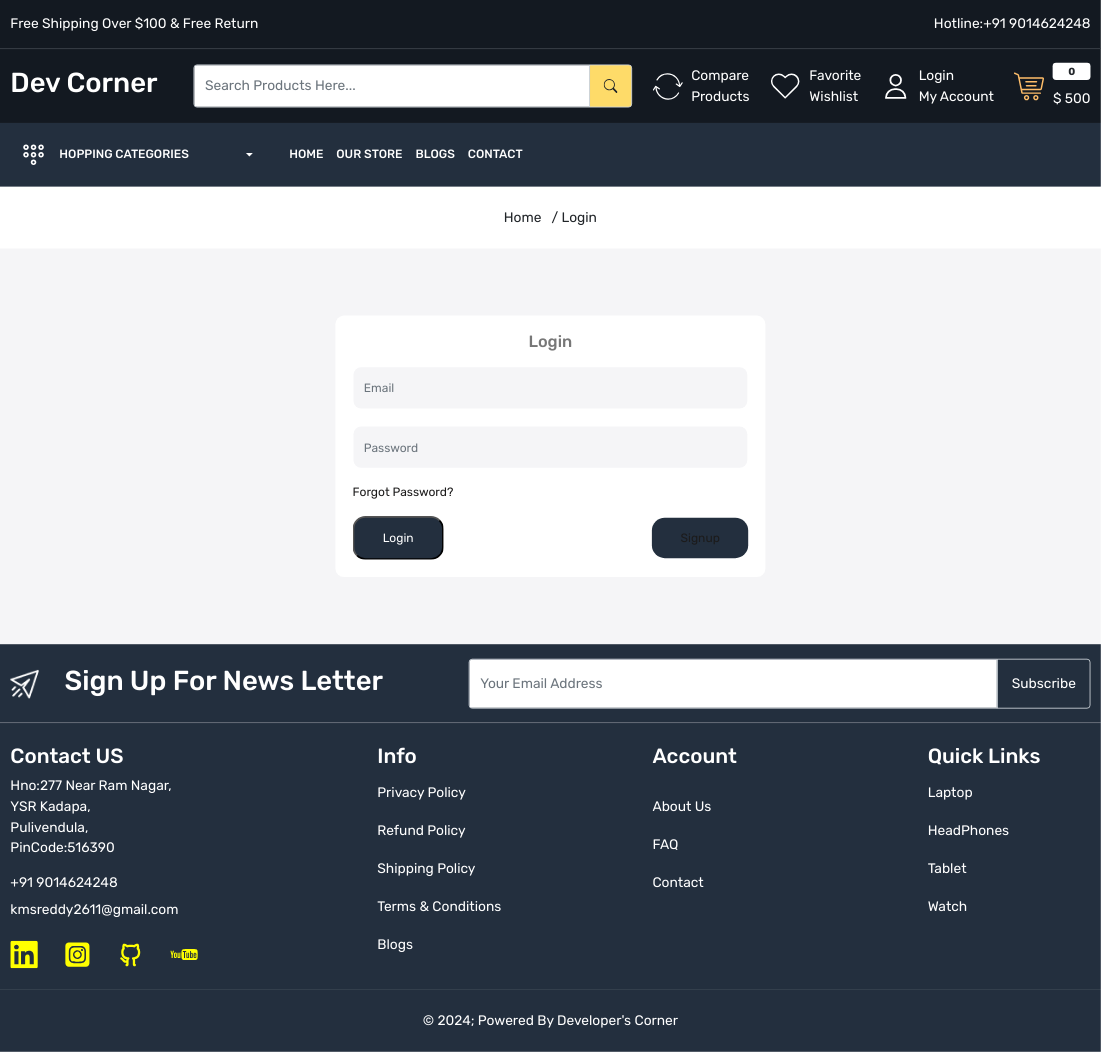
Repository: maniheist/ecommerce-app
Page: /login
These files come from the project's save history. The page is drawn as it stood at one moment and after the next save; the edit follows.
The browser window is 1280 px wide. The page is 1292 px wide, so the pictures cover 1292 px, including what lies to the right of the window. The pictures show the whole page, at 86% of full size.
The project was rebuilt for these pictures with package versions that can differ from the ones it lists, and the page was loaded fresh each time. Also part of the build but not shown: src/components/BlogCard.js, src/components/ProductCard.js, src/components/SpecialProduct.js, src/pages/Home.js, src/pages/About.js, src/pages/Contact.js, src/components/Color.js, src/pages/OurStore.js and 3 more.

Above is the page before, as saved 2024-02-20 15:25:44.

### public/index.html
<!DOCTYPE html>
<html lang="en">
  <head>
    <meta charset="utf-8" />
    <link rel="icon" href="%PUBLIC_URL%/favicon.ico" />
    <meta name="viewport" content="width=device-width, initial-scale=1" />
    <meta name="theme-color" content="#000000" />
    <meta
      name="description"
      content="Web site created using create-react-app"
    />
    <link rel="apple-touch-icon" href="%PUBLIC_URL%/logo192.png" />

    <link rel="preconnect" href="https://fonts.googleapis.com" />
    <link rel="preconnect" href="https://fonts.gstatic.com" crossorigin />
    <link
      href="https://fonts.googleapis.com/css2?family=Rubik:ital,wght@0,300..900;1,300..900&display=swap"
      rel="stylesheet"
    />
    <link
      href="https://cdn.jsdelivr.net/npm/bootstrap@5.0.2/dist/css/bootstrap.min.css"
      rel="stylesheet"
      integrity="sha384-EVSTQN3/azprG1Anm3QDgpJLIm9Nao0Yz1ztcQTwFspd3yD65VohhpuuCOmLASjC"
      crossorigin="anonymous"
    />
    <link rel="manifest" href="%PUBLIC_URL%/manifest.json" />

    <title>React Redux App</title>
  </head>
  <body>
    <noscript>You need to enable JavaScript to run this app.</noscript>
    <div id="root"></div>
    <script
      src="https://cdn.jsdelivr.net/npm/bootstrap@5.0.2/dist/js/bootstrap.bundle.min.js"
      integrity="sha384-MrcW6ZMFYlzcLA8Nl+NtUVF0sA7MsXsP1UyJoMp4YLEuNSfAP+JcXn/tWtIaxVXM"
      crossorigin="anonymous"
    ></script>
  </body>
</html>

### src/index.js
import React from 'react';
import { createRoot } from 'react-dom/client';

import App from './App';

const container = document.getElementById('root');
const root = createRoot(container);

root.render(

      <App />

);

### src/App.js
import React from 'react';
import './App.css';
import {BrowserRouter,Routes,Route} from "react-router-dom";
import Layout from "./components/Layout";
import Home from "./pages/Home"
import About from "./pages/About"
import Contact from "./pages/Contact"
import OurStore from './pages/OurStore';
import Blog from "./pages/Blog";
import CompareProduct from './pages/CompareProduct';
import Wishlist from './pages/Wishlist';
import Login from './pages/Login';
function App() {
  return (
    <>
      <BrowserRouter>
        <Routes>
        <Route path="/" element={<Layout />}>
<Route index element={<Home />} />
<Route path="about" element={<About />}/>
<Route path="contact" element={<Contact />}/>
<Route path="store" element={<OurStore />}/>
<Route path="blogs" element={<Blog />}/>
<Route path="compare-product" element={<CompareProduct />}/>
<Route path="wishlist" element={<Wishlist />}/>
<Route path="login" element={<Login />}/>


        </Route>

        </Routes>
      </BrowserRouter>
    </>

  );
}

export default App;

### src/App.css
*{
  margin:0;
  padding:0;
  box-sizing:border-box;
}
:root{
  --color-131921:#131921;
  --color-3b4149:#3b4149;
--color-febd69:#fedb69;
--color-232f3e:#232f3e;
--color-bf4800:#bf4800;
--color-f5f5f7:#f5f5f7;
--color-ededed:#ededed;
--color-777777:#777777;
--color-1c1b1b:#1c1b1b;
--color-f2f2f2:#f2f2f2;
}

.section-heading{
  font-size: 26px;
  line-height: 32px;
  font-weight: 500;
  margin-bottom: 30px;

}
.card-wrapper{
  background-color: white;
  box-shadow: 0 0 10px #0000001a;
  padding: 15px;
}

.button{
  background-color:var(--color-232f3e) ;
  color: white;
  padding: 13px 33px;
  font-size: 14px;
  border-radius: 15px;
}
.button:hover{
  background-color: var(--color-febd69);
  color:#131921
}
body {
  font-family:"Rubik", sans-serif;
}
a {
  text-decoration:none;
  display:inline-block;
}

.form-control:focus{
  box-shadow:none;
  border-color: inherit;
}

/*header part*/
.header-top-strip{
  border-bottom: 1px solid var(--color-3b4149);
  background-color:var(--color-131921) ;
}

.header-upper{
  background-color: var(--color-131921);
}

.header-bottom{
  background-color: var(--color-232f3e);
}

.header-upper .input-group-text{
  background-color: var(--color-febd69);
}

.header-upper.header-upper-links img{
  width:35px;
  height: 35px;
}

.gap-10{
  gap: 10px;
}


.gap-15{
  gap: 15px;
}

.gap-30{
  gap: 30px;
}
.header-bottom .menu-links a,
.header-bottom .dropdown button
{
  color: white;
  font-size: 14px;
  line-height: 18px;
  font-weight: 480;
  letter-spacing:0.3;
  text-transform: uppercase;
}

.header-bottom .dropdown button:focus{
  box-shadow: none;
}

.header-bottom .dropdown-menu{
  background-color: var(--color-131921);
  width:100%;
  transform: translate3d(0px,57px,0px) !important;
}

.header-bottom .dropdown-item{
  padding:20px;
  margin-bottom: 3px;
  border-bottom: 1px solid var(--color-3b4149)
  ;

}
.header-bottom .dropdown-item:hover{
  background-color: transparent;
  color: var(--color-febd69) !important;
}
/*header part end */


/*footer part  */

footer{
  background-color: var(--color-232f3e);
}



footer:not(:first-child){
  border-top:1px solid rgba(255,255,255,0.1);

}

footer .input-group-text{
  background-color: var(--color-232f3e);
  color:white;
  padding:8px 17px;
}
/* footer part end */

/*Home page*/

.main-banner-content{
  top:15%;
  left:5%;
}

.main-banner-content h4{

  font-size: 19px;
  font-weight: 400;
  line-height: 24px;
  color:var(--color-bf4800);
  margin: 0 0 12px;
  letter-spacing: 0.3px;
  text-transform: uppercase;

}

.main-banner-content h5{
  font-size: 52px;
  font-weight: 500;
  line-height: 64px;
  letter-spacing: -2px;
  text-transform: none;

}

.main-banner-content p{
  font-size: 18px;
  line-height: 28px;
  letter-spacing: 0.4px;
  font-weight: 100;
  color: var(--color-131921);
}


.small-banner-content{
  top:25%;
  left:10%;
}

.small-banner-content h4{

  font-size: 21px;
  font-weight: 400;
  line-height: 24px;
  color:var(--color-bf4800);
  margin: 0 0 12px;
  letter-spacing: 0.3px;
  text-transform: uppercase;
}
.small-banner-content h5{
  font-size: 33px;
  font-weight: 500;
  line-height: 34px;
  letter-spacing: -2px;
  text-transform: none;

}

.small-banner-content p{
  font-size: 18px;
  line-height: 28px;
  letter-spacing: 0.4px;
  font-weight: 100;
  color: var(--color-131921);
}

.small-banner{
  width: 49%;

}


/* Home wrapper 2 */

.home-wrapper-2{
  background-color: var(--color-f5f5f7);

}

/* Home wrapper 2 ends */

/* categories section */

.categories{
  background-color: white;
  box-shadow: 0 0 10px #0000001a;
  padding: 15px;
}

.categories > div{
  width:25%;
  padding: 10px 10px 10px 20px;
}

.categories > div:nth-child(1),
.categories > div:nth-child(2),
.categories > div:nth-child(3),
.categories > div:nth-child(4){
  border-bottom: 1px solid var(--color-ededed) ;
}

.categories>div>div{
  width:60%
}

.categories > div:nth-child(1),
.categories > div:nth-child(2),
.categories > div:nth-child(3){
  border-right: 1px solid var(--color-ededed) ;
}

.categories > div:nth-child(5),
.categories > div:nth-child(6),
.categories > div:nth-child(7){
  border-right: 1px solid var(--color-ededed) ;
}
/* categories end */

/* Home Page End */


/* Blogcard */

.blog-card{
  background-color: white;
  padding:20px;
  border-radius:10px;
}

.blog-card img{
  border-top-left-radius:10px;
  border-top-right-radius:10px;
}

.blog-content{
  padding: 15px;

}

.blog-contentp.date{
  font-size: 13px;
  line-height: 24px;
  text-transform: uppercase;
  letter-spacing: 0;
  font-weight: 400;
  color: var(--color-777777);
  padding: 0;

}

.blog-content h5{
  font-size: 18px;
  color: var(--color-131921);
}


.blog-content p.desc{
  font-size: 13px;
  line-height: 22px;
  color: var(--color-777777);
}
/*Blogcard ends*/


/* product card */

.product-card{
  padding: 15px;
  background-color: white;
  border-radius: 13px;
overflow:hidden;
width: 100%;
}

.product-card .product-image{
  height: 270px;
}

.product-card .product-image img{
  object-fit: contain;
}
.product-card .product-image> img:last-child{
  display: none;
}
.product-card:hover .product-image > img:nth-child(1){
display: none;

}
.product-card:hover .product-image>img:last-child{
  display: block;


}



.product-card:hover .action-bar{
  right: 15px;

}
.product-card .product-details h6 {
  color:var(--color-bf4800);
  font-size: 13px;



}


.product-card .product-details h5{
  font-size: 15px;
  color: var(--color-1c1b1b);
}

.product-card.product-details p.price{
  font-size: 16px;
  color: var(--color-1c1b1b);
}

.product-card p.description{
  font-size: 13px;
  color: var(--color-777777);
  margin-right: 20px;
}

.action-bar{
  top: 10%;
  right:-23px;
  transition: 0.3s;
}


.wishlist-icon{
  top: 2%;
  right:15px;

}
/* product card ends */

/* special product */

.special-product-card{
  padding:20px 10px;
  border-radius: 10px;
  background-color: white;
}

.special-product-card .badge{
  background-color:#eb353b !important;
}


/* special product ends */

/* famous start */

.famous-card .famous-content{
  top: 10%;
  left: 5%;

}

.famous-card img{
  border-radius: 10px;
}

.famous-content h5{
  font-size: 13px;
  line-height: 20px;
  font-weight: 400px;
  color: white;
  margin-bottom: 7px;
  text-transform: uppercase;

}
.famous-content h6{
  font-size: 24px;
  line-height: 38px;
  font-weight: 500;
  color: white;
}
.famous-content p{
  font-size: 16px;
  line-height: 24px;
  color: white;
  font-weight: 100;
}

/* famous ends */

/* Our Store Start */

.filter-card{
  background-color: white;
  border-radius: 10px;
  padding: 15px 15px 25px;
}

.filter-title{
  font-size: 16px;
  line-height: 20px;
  font-weight: 600;
  color: var(--color-1c1b1b);
  margin-bottom: 20px;
}

.filter-card ul,
.filter-card .form-check-label {
  list-style-type:none;
  font-size: 13px;
  line-height: 30px;
  color: var(--color-777777);
  cursor: pointer;
}

.filter-card .form-check-input:focus{
  box-shadow: none;
  border-color: rgba(0,0,0,0.25);
}
.filter-card .form-check-input:checked{
background-color: var(--color-febd69);
  border-color: var(--color-febd69);

}
.sub-title{
  font-size: 40px;
  font-weight: 600;
  color: var(--color-1c1b1b);
  margin-bottom: 15px;
  margin-top: 20px;
}

.colors{
  list-style-type: none;
  display: flex;
  flex-wrap: wrap;
  gap: 10px;
}
.colors .one{
  width: 20px;
  height: 20px;
  background-color: red;
  border-radius: 50%;
}
.colors .two{
  width: 20px;
  height: 20px;
  background-color: blue;
  border-radius: 50%;
}
.colors  .three{
  width: 20px;
  height: 20px;
  background-color: yellow;
  border-radius: 50%;
}
.colors  .four{
  width: 20px;
  height: 20px;
  background-color: pink;
  border-radius: 50%;
}
.colors  .five{
  width: 20px;
  height: 20px;
  background-color: black;
  border-radius: 50%;
}
.colors  .six{
  width: 20px;
  height: 20px;
  background-color: brown;
  border-radius: 50%;
}

.colors  .seven{
  width: 20px;
  height: 20px;
  background-color:chocolate;
  border-radius: 50%;
}

.random-products h5{
font-size: 14px;
margin-bottom: 8px;
}

.random-products:first-child{
  border-bottom: 1px solid var(--color-ededed);
}

.filter-sort-grid{
  padding: 10px;
  background-color: white;
  border-radius: 10px;
}

.grid img{
  width: 35px;
  height: 35px;
  background-color: var(--color-f2f2f2);
  padding: 8px;
  border-radius: 3px;
  cursor: pointer;
}
.grid img:hover{
  background-color:burlywood;
}

.g-12{
  width: 100%;

}
.gr-6{
  width: 49%;
}
.gr-4{
  width: 32%;
}
.gr-3{
  width: 24%;

}

.gr-12 .product-card{
  display: flex;
  gap:20px;
}
.gr-6 .product-image{
  width: 100%;
}
.gr-6 .product-image img{
  margin: auto;
  display: block;
}
.gr-12 .product-card .product-image{
  width: 270px;
}

.gr-12 .product-card .product-image{
  height: auto;
}
.gr-12 .action-bar{top: 17%;}


/* Our store ends */


/* contact us starts*/

.contact-inner-wrapper{
  padding:30px 20px;
  border-radius: 15px;
  background-color: white;
  gap:15px;
}
.contact-inner-wrapper>div{
  width: 48%;
}

.contact-title{
  font-size: 26px;
  font-weight: 500;
  line-height: 35px;
  text-align: left;

}

.contact-inner-wrapper form .form-control{
  background-color: var(--color-f5f5f7);
  border-radius: 10px;
  border-color: transparent;
  padding: 10px;
}

.contact-inner-wrapper ul{
  list-style: none;
}

.contact-inner-wrapper address,.contact-inner-wrapper a,.contact-inner-wrapper p{
  color: var(--color-777777);
}

/* contact us ends */

/* compare products */

.compare-product-card {
  padding: 20px 15px;
  background-color: white;
  border-radius: 10px;

}

.compare-product-card .cross ,.wishlist-card .cross{
  top: 15px;
  right: 15px;
  width: 25px;
  padding: 3px;
cursor: pointer;
}

.compare-product-details h5.title, .wishlist-card h5.title{
  font-size: 15px;
  line-height: 22px;
  font-weight: 500;
  color: var(--color-1c1b1b);
}

.compare-product-details h6.price, .wishlist-card h6.price{
font-size: 15px;
line-height: 22px;
font-weight: 400;
}

.compare-product-card .product-detail{
  display: flex;
  justify-content: space-between;
  align-items: center;
  padding: 10px 0px;
  border-top: 1px solid rgba(0,0,0,0.1);
}




/* compare products ends */


/* login starts */

.auth-card{
  padding: 20px;
  background-color: white;
  width: 500px;
  margin: 30px auto;
  border-radius: 10px;
}
.auth-card h3{
  font-size: 19px;
  font-weight: 500;

color: var(--color-777777);
}

.auth-card .form-control{
  height: 50px;
  background-color: var(--color-f5f5f7);
  color: var(--color-777777);
  border-radius: 10px;
  border-color: transparent;
  font-size: 14px;
}

.auth-card a{
  font-size: 14px;
  font-weight: 400;
  color: var(--color-1c1b1b);
}

.auth-card .signup{
  background-color: var(--color-febd69);
  color: var(--color-131921);
}

.auth-card .signup:hover {
  background-color: var(--color-131921);
  color:white;
}

/*login ends */

### src/components/Layout.js
import React from 'react'
import {Outlet} from "react-router-dom";
import Header from "./Header";
import Footer from "./Footer";
const Layout = () => {
  return (
    <>
            <Header />
            <Outlet />
            <Footer />

    </>
  )
}

export default Layout

### src/pages/Login.js
import React from 'react'
import BreadCrumb from '../components/BreadCrumb';
import {Link} from 'react-router-dom';
import Meta from '../components/Meta';
const Login = () => {
  return <>
  <Meta title={"Login"}></Meta>
    <BreadCrumb title='Login'/>
    <div className='login-wrapper py-5 home-wrapper-2'>
        <div className='row'>
            <div className='col-12'>
                <div className='auth-card'>
                    <h3 className='text-center mb-3'>Login</h3>
                    <form className='d-flex flex-column gap-15'>
                        <div><input type='email' name='email' placeholder='Email'  className='form-control'></input></div>
                        <div className='mt-1'><input type='password' name='password' placeholder='Password' className='form-control'></input></div>
                        <div>
                            <Link to='/forgot-password'>Forgot Password?</Link>
                            <div className='mt-3 d-flex justify-content-between align-items-center gap-15'>
                                <button className='button'>Login</button>
                                <Link to='/signup' className='button border-0'>Signup</Link>
                            </div>
                        </div>

                    </form>
                </div>
            </div>
        </div>
    </div>


  </>
}

export default Login

### src/components/Header.js
import React from 'react'
import {NavLink,Link} from "react-router-dom"
import {BsSearch} from "react-icons/bs"
const Header = () => {
  return <>
  <header className='header-top-strip py-3'>
    <div className='container-xxl'>
      <div className='row'>
        <div className='col-6'>
          <p className='text-white mb-0'>Free Shipping Over $100 & Free Return</p>
        </div>
        <div className='col-6'>
          <p className='text-end text-white mb-0'>
            Hotline:
            <a className='text-white' href='tel:+9014624248'>+91 9014624248</a>
          </p>
        </div>
      </div>
    </div>
  </header>
  <header className='header-upper py-3'>
    <div className='container-xxl'>
      <div className='row align-items-center'>
        <div className='col-2'>
          <h2><Link className='text-white'>
            Dev Corner
          </Link></h2>
        </div>
        <div className='col-5'>
          <div className="input-group">
  <input type="text" className="form-control py-2" placeholder="Search Products Here..." aria-label="Search Products Here..." aria-describedby="basic-addon2"/>
  <span className="input-group-text p-3" id="basic-addon2"><BsSearch className='fs-6' /></span>
</div>
        </div>
        <div className='col-5'>
          <div className='header-upper-links d-flex align-items-center justify-content-between'>
            <div>
              <Link to='/compare-product' className='d-flex align-items-center gap-10 text-white'>
              <img src="/images/compare.svg" alt='compare' />
                <p className='mb-0'>Compare <br /> Products</p>
              </Link>
            </div>
            <div>
              <Link to="/wishlist" className='d-flex align-items-center gap-10 text-white'>
              <img src="/images/wishlist.svg" alt='wishlist' />
                <p className='mb-0'>Favorite <br /> Wishlist</p>
              </Link>
            </div>
            <div>
              <Link to="/login" className='d-flex align-items-center gap-10 text-white'>
              <img src="/images/user.svg" alt='user' />
                <p className='mb-0'>Login <br /> My Account</p>
              </Link>
            </div>
            <div>
              <Link to="/cart" className='d-flex align-items-center gap-10 text-white'>
            <img src="/images/cart.svg" alt='cart' />
                <div className='d-flex flex-column gap-10'>
                <span className='badge bg-white text-dark'>0</span>
                <p className='mb-0'>$ 500</p>

                </div>
              </Link>
            </div>
          </div>
        </div>
      </div>
    </div>
  </header>
<header className='header-bottom py-3'>
  <div className='container-xxl'>
    <div className='row'>
      <div className='col-12'>
        <div className='menu-bottom d-flex align-items-center gap-30'>
        <div>
          <div className="dropdown">
  <button className="btn btn-secondary dropdown-toggle bg-transparent border-0 gap-15 d-flex align-items-center" type="button" id="dropdownMenuButton1" data-bs-toggle="dropdown" aria-expanded="false">
    <img src="images/menu.svg" alt=""/><span className='me-5 d-inline-blocto'>hopping Categories</span>
  </button>
  <ul className="dropdown-menu" aria-labelledby="dropdownMenuButton1">
    <li><to className="dropdown-item text-white" to="">Pants</to></li>
    <li><to className="dropdown-item text-white" to="">Shirts</to></li>
    <li><to className="dropdown-item text-white" to="">Shorts</to></li>
  </ul>
</div>
        </div>
        <div className='menu-links'>
          <div className='d-flex align-items-center gap-15'>
            <NavLink className='text-white' to="/">Home</NavLink>
            <NavLink className='text-white' to="/store">Our Store</NavLink>
            <NavLink className='text-white' to="/blogs">Blogs</NavLink>
            <NavLink className='text-white' to="/contact">Contact</NavLink>
          </div>
        </div>

        </div>
      </div>
    </div>
  </div>
</header>


  </>
}

export default Header

### src/components/BreadCrumb.js
import React from 'react'
import {Link} from 'react-router-dom';
const BreadCrumb = (props) => {
    const {title}=props;
  return (
    <div className='breadcrumb mb-0 py-4'>
      <div className='container-xxl'>
        <div className='row'>
            <div className='col-12'>
                <p className='text-center mb-0'><Link to='/' className='text-dark'>Home &nbsp; </Link> / {title}</p>
            </div>
        </div>
      </div>
    </div>
  )
}

export default BreadCrumb

### src/components/Meta.js

import React from 'react'
import {Helmet} from "react-helmet";

const Meta = (props) => {
  return (
    <Helmet>
                <meta charSet="utf-8" />
                <title>{props.title}</title>
            </Helmet>
  )
}

export default Meta

Loaded but not shown: src/components/Footer.js (104 lines, source omitted)

After the next save:
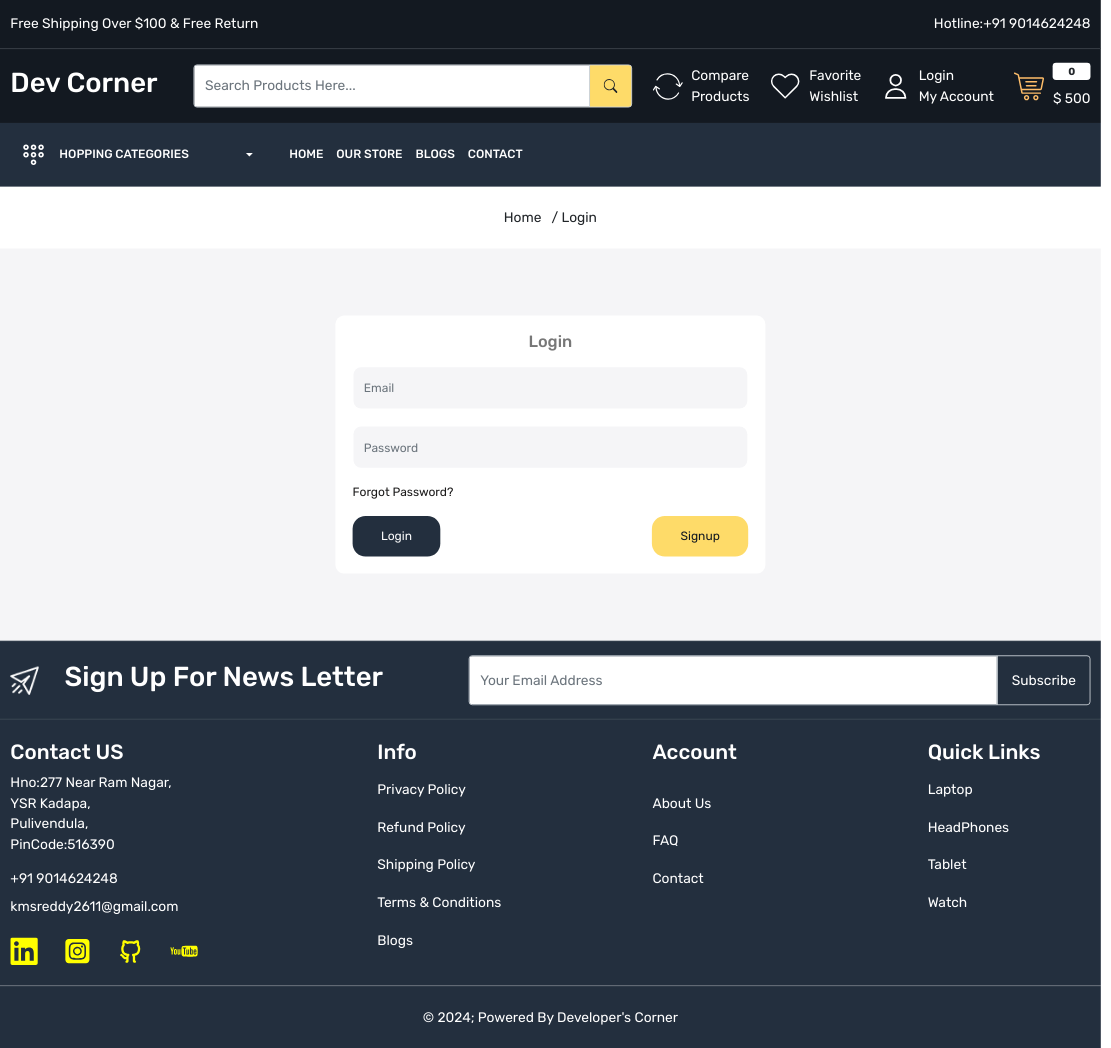
Saved 45 s later.
--- a/src/pages/Login.js
+++ b/src/pages/Login.js
@@ -17,8 +17,8 @@
                         <div>
                             <Link to='/forgot-password'>Forgot Password?</Link>
                             <div className='mt-3 d-flex justify-content-between align-items-center gap-15'>
-                                <button className='button'>Login</button>
-                                <Link to='/signup' className='button border-0'>Signup</Link>
+                                <button className='button border-0'>Login</button>
+                                <Link to='/signup' className='button border-0 signup'>Signup</Link>
                             </div>
                         </div>
 
